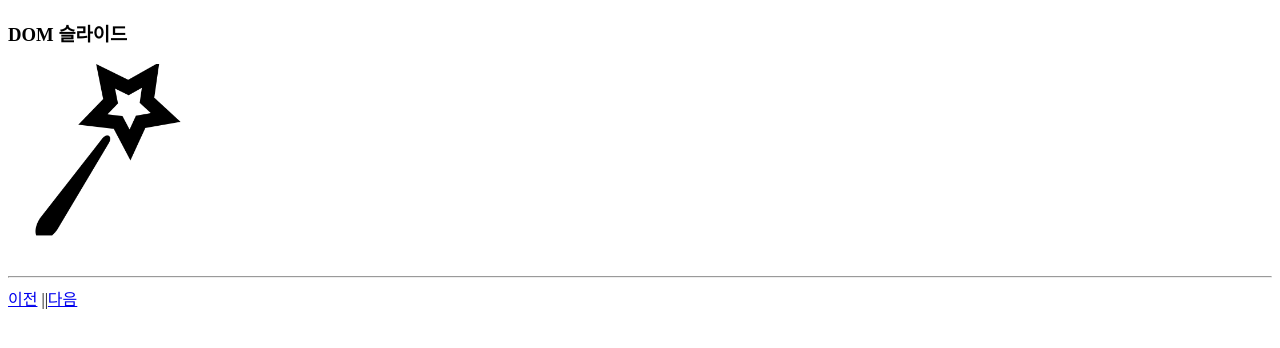
Repository: poomshen/team_03_project2
Page: JavaScript/WebContent/Ex27_Dom_Quiz.html
These files come from the project's save history. The page is drawn as it stood at one moment and after the next save; the edit follows.
The browser window is 1280 px wide. The pictures show the whole page.
After loading, the first visible `#next` was clicked once.

Above is the page before, as saved 2016-09-01 02:01:55.

After the next save:
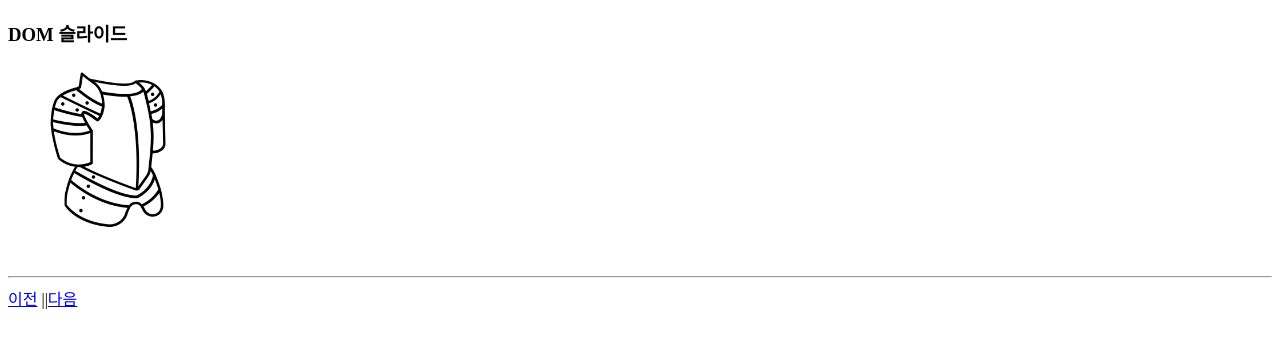
Saved 39 s later.
--- a/JavaScript/WebContent/Ex27_Dom_Quiz.html
+++ b/JavaScript/WebContent/Ex27_Dom_Quiz.html
@@ -28,6 +28,7 @@
 			if(++index == myphotos.length){
 				index= 0;
 			}
+			img.src = myphotos[index];
 		}
 
 	}
